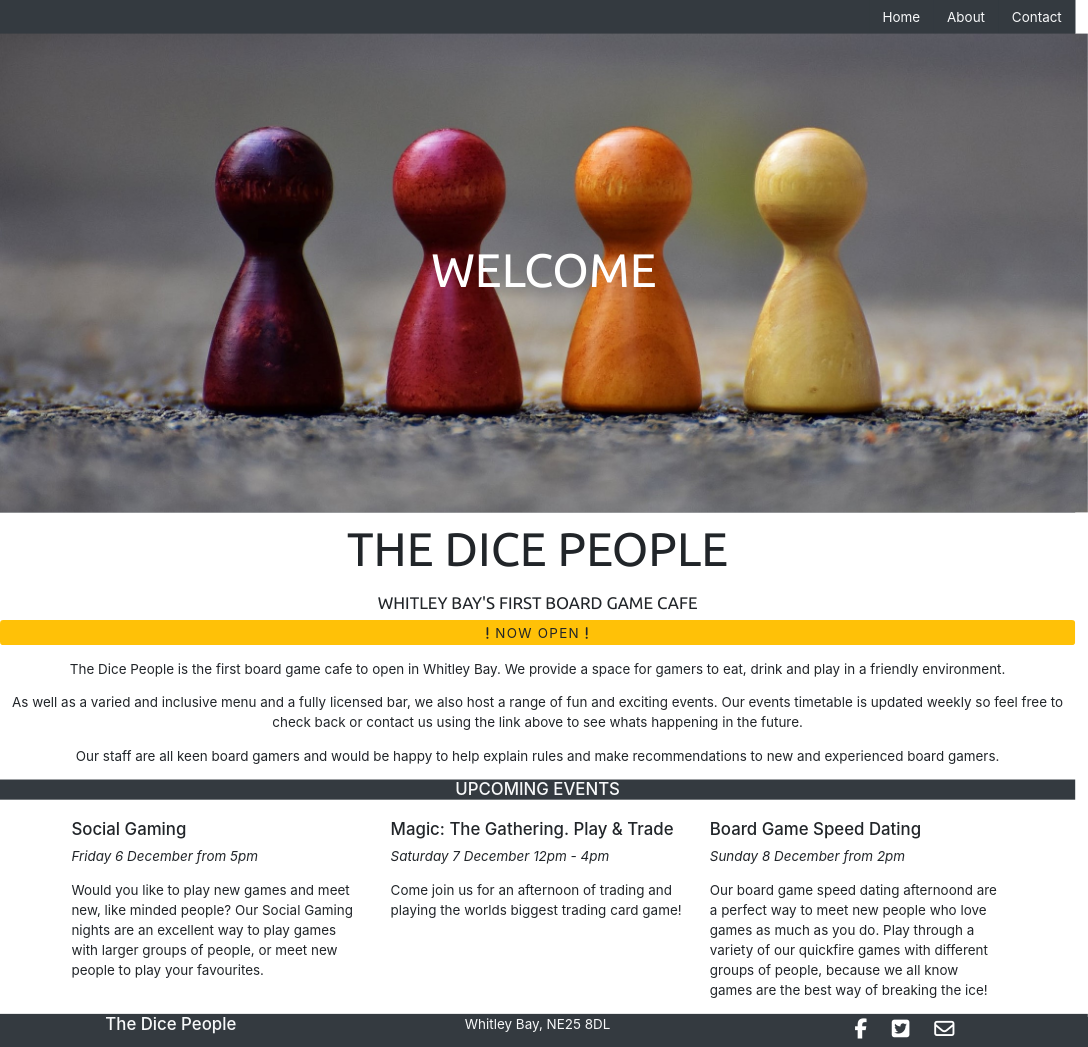
Repository: Code-Institute-Submissions/eleanorpro-milestoneproject1
Page: index.html
The author's editor kept a record of every edit. The page is drawn from the files as they stood at one moment, then again after the next edit.
The browser window is 1280 px wide. The page is 1295 px wide, so the pictures cover 1295 px, including what lies to the right of the window. The pictures show the whole page, at 84% of full size.
Some web libraries are served in a nearby version.

Above is the page before.

After the next edit:
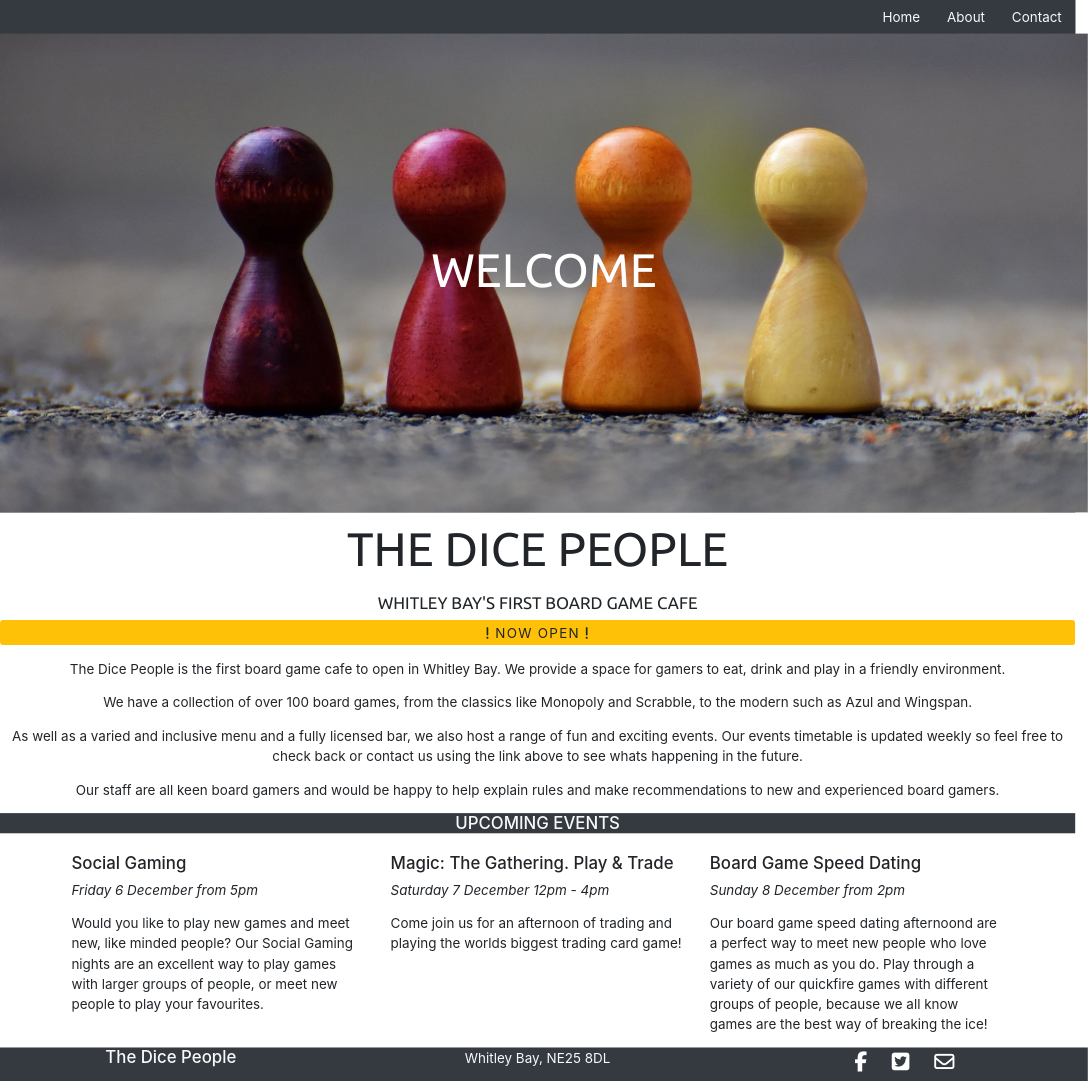
The edit:
--- a/index.html
+++ b/index.html
@@ -48,6 +48,7 @@
         </div>
         <div class="intro">
             <p>The Dice People is the first board game cafe to open in Whitley Bay. We provide a space for gamers to eat, drink and play in a friendly environment.</p>
+            <p>We have a collection of over 100 board games, from the classics like Monopoly and Scrabble, to the modern such as Azul and Wingspan.</p>
             <p>As well as a varied and inclusive menu and a fully licensed bar, we also host a range of fun and exciting events. Our events timetable is updated weekly so feel free to check back or contact us using the link above to see whats happening in
                 the future.</p>
             <p>Our staff are all keen board gamers and would be happy to help explain rules and make recommendations to new and experienced board gamers.</p>
